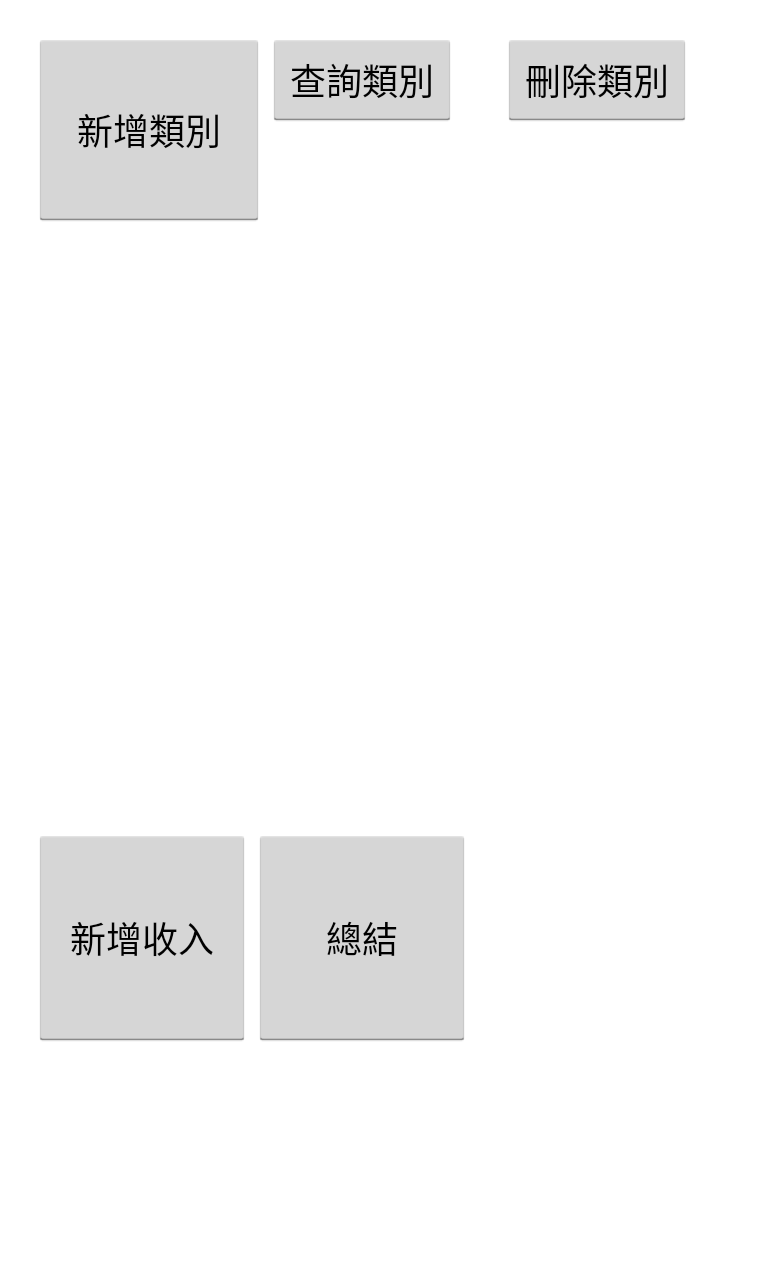
Repository: rayyrayy/Android-app-project
Layout: flashaccounting/easy money manager/res/layout/activity_main.xml
These files come from the project's save history. The layout is drawn as it stood at one moment and after the next save; the edit follows.
It is drawn on a 768 x 1280 px phone screen (xhdpi) without system bars, with theme AppTheme; the app's code is not run.

Above is the layout before, as saved 2014-10-29 06:13:18.

After the next save:
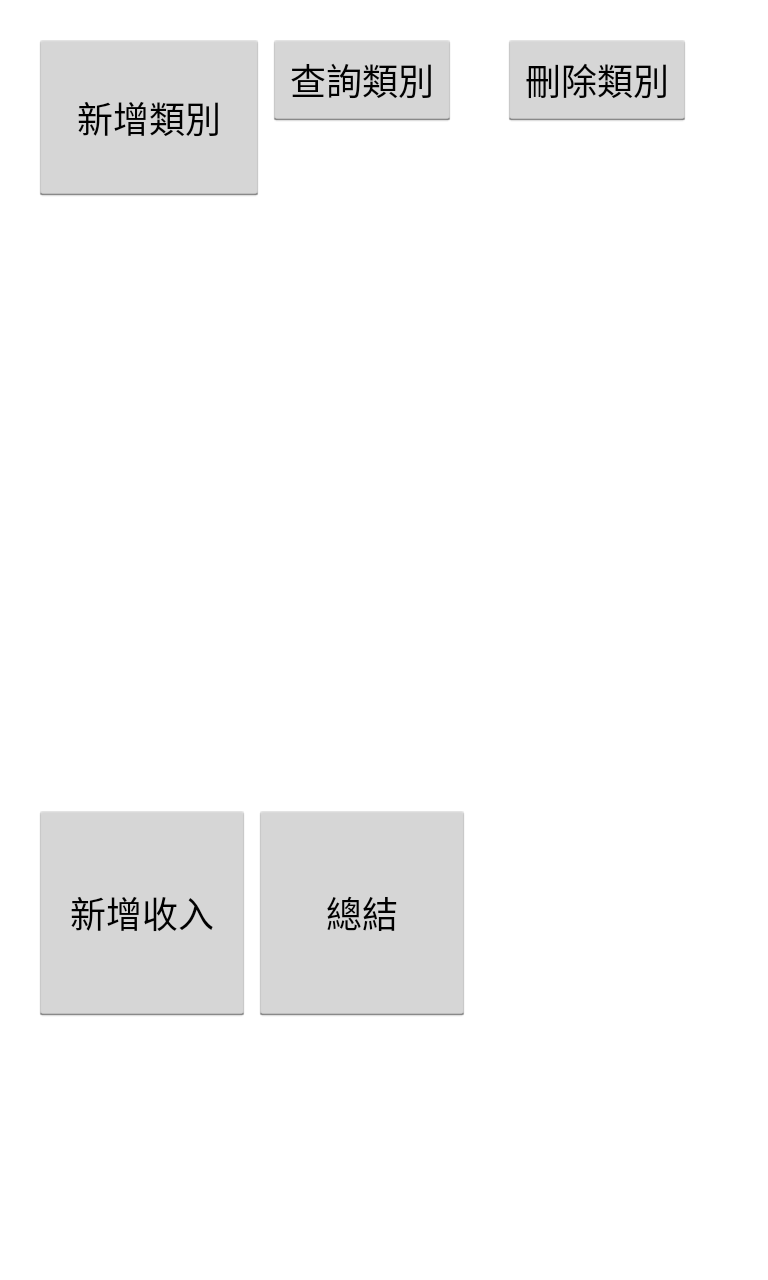
Saved 63 s later.
--- a/flashaccounting/easy money manager/res/layout/activity_main.xml
+++ b/flashaccounting/easy money manager/res/layout/activity_main.xml
@@ -68,7 +68,7 @@
    	<LinearLayout
     android:layout_width="fill_parent"
     android:layout_height="wrap_content"
-   	android:layout_weight="6"
+   	android:layout_weight="8"
    	android:orientation="horizontal">
 
 	    <GridLayout
@@ -86,7 +86,7 @@
    	<LinearLayout
     android:layout_width="fill_parent"
     android:layout_height="wrap_content"
-   	android:layout_weight="2"
+   	android:layout_weight="3"
    	android:orientation="horizontal">
 
   		<Button
